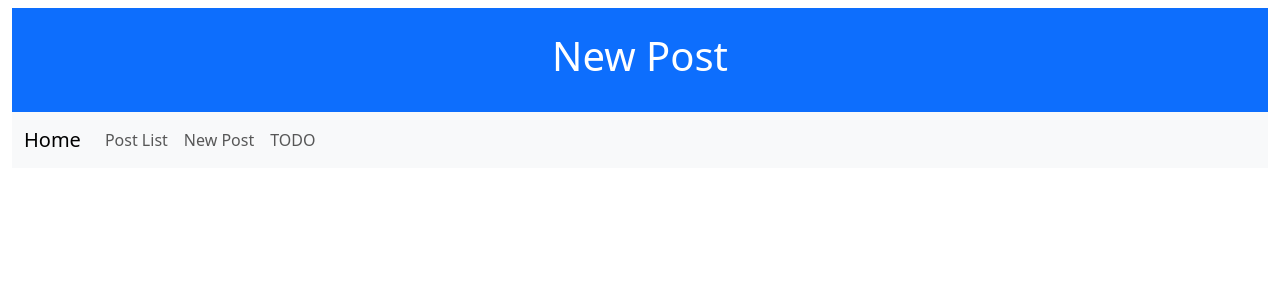
Repository: ldj0905/javaproject
Page: http://localhost/lab05_jsp/post/create
An editor plug-in stored every save of this project. The page is shown before and after the next save, followed by the edit.
The browser window is 1280 px wide. The pictures show the whole page.
The page is served by Tomcat 10. Other server files are loaded and not shown.

Above is the page before, as saved 2024-05-29 02:14:42.

### lab05_jsp/src/main/webapp/WEB-INF/views/post/create.jsp
<%@ page language="java" contentType="text/html; charset=UTF-8"
    pageEncoding="UTF-8" trimDirectiveWhitespaces="true"%>
<%@ taglib prefix="c" uri="jakarta.tags.core" %>
<!DOCTYPE html>
<html>
<head>
    <meta charset="UTF-8">
    <meta name="viewport" content="width=device-width, initial-scale=1">
    <title>Insert title here</title>
    <link href="https://cdn.jsdelivr.net/npm/bootstrap@5.3.3/dist/css/bootstrap.min.css"
     rel="stylesheet"
     integrity="sha384-QWTKZyjpPEjISv5WaRU9OFeRpok6YctnYmDr5pNlyT2bRjXh0JMhjY6hW+ALEwIH"
     crossorigin="anonymous">
</head>
<body>
    <div class = "container-fluid">
        <c:set var ="pageTitle" value = "New Post" scope = "page"/> <!-- 변수를 선언하겠다 ! -->
        <%@ include file = "../fragments/header.jspf" %> <!-- 헤더 jspf포함시키기 -->
    </div>

    <script src="https://cdn.jsdelivr.net/npm/bootstrap@5.3.3/dist/js/bootstrap.bundle.min.js"
    integrity="sha384-YvpcrYf0tY3lHB60NNkmXc5s9fDVZLESaAA55NDzOxhy9GkcIdslK1eN7N6jIeHz"
    crossorigin="anonymous"></script>
</body>
</html>

### lab05_jsp/src/main/webapp/WEB-INF/views/fragments/header.jspf
<%@ page language="java" contentType="text/html; charset=UTF-8"
    pageEncoding="UTF-8" trimDirectiveWhitespaces="true"%>
<%@ taglib prefix="c" uri="jakarta.tags.core" %>

<header class="mt-2 p-4 bg-primary text-white text-center">
    <h1>${pageTitle}</h1>
</header>

<nav class="navbar navbar-expand-lg bg-body-tertiary">
    <div class="container-fluid">
        <c:url var="homePage" value="/" />
        <a class="navbar-brand" href="${homePage}">Home</a>
        <button class="navbar-toggler" type="button"
            data-bs-toggle="collapse" data-bs-target="#navbarNav"
            aria-controls="navbarNav" aria-expanded="false"
            aria-label="Toggle navigation">
            <span class="navbar-toggler-icon"></span>
        </button>
        <div class="collapse navbar-collapse" id="navbarNav">
            <ul class="navbar-nav">
                <li class="nav-item">
                    <c:url var="postListPage" value="/post/list" />
                    <a class="nav-link" href="${postListPage}">Post List</a>
                </li>
                <li class="nav-item">
                    <c:url var="newPostPage" value="/post/create" />
                    <a class="nav-link" href="${newPostPage}">New Post</a>
                </li>
                <li class="nav-item">
                    <a class="nav-link" href="#">TODO</a>
                </li>
            </ul>
        </div>
    </div>
</nav>

### lab05_jsp/src/main/java/com/itwill/lab05/web/PostCreateController.java
package com.itwill.lab05.web;

import java.io.IOException;

import org.slf4j.Logger;
import org.slf4j.LoggerFactory;

import jakarta.servlet.ServletException;
import jakarta.servlet.annotation.WebServlet;
import jakarta.servlet.http.HttpServlet;
import jakarta.servlet.http.HttpServletRequest;
import jakarta.servlet.http.HttpServletResponse;
//HttpServlet 상속받기
@WebServlet(name = "PostCreateController",urlPatterns = {"/post/create"}) // <<< 얘 왜하는건지 생각좀 해보기
public class PostCreateController extends HttpServlet{
	private static final long serialVersionUID = 1L;

	private static final Logger log = LoggerFactory.getLogger(PostCreateController.class); // 얘는 왜 쓰는거고 클래스이름은 왜넣는지


	//링크를 클릭해서 들어오는거는 GET방식임
	@Override
	protected void doGet(HttpServletRequest req, HttpServletResponse resp) throws ServletException, IOException {
		log.debug("doGet()");
		//TODO 새 글을 작성할 수있는 폼(양식)을 작성하는 뷰(JSP)로 이동 시켜주는 역할.
		//JSP로 이동시키는이유 -> 귀찮아서
		req.getRequestDispatcher("/WEB-INF/views/post/create.jsp").forward(req, resp); //주소 왜 WEB-INF 부터 ?
	}



}

After the next save:
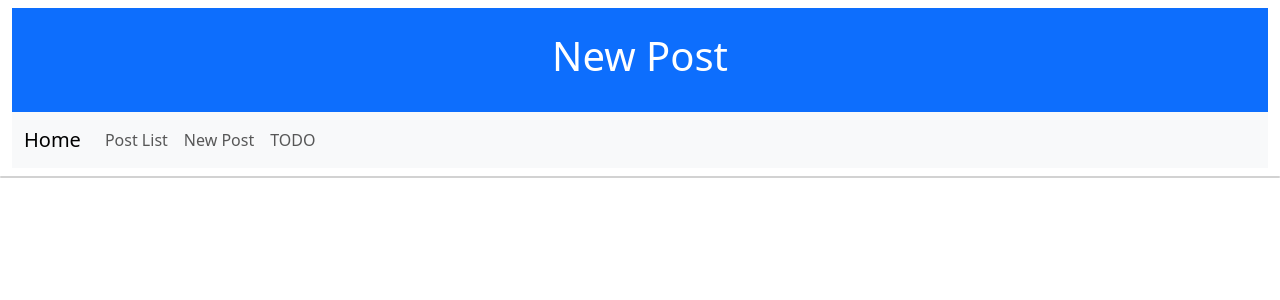
Saved 22 min 22 s later.
--- a/lab05_jsp/src/main/webapp/WEB-INF/views/post/create.jsp
+++ b/lab05_jsp/src/main/webapp/WEB-INF/views/post/create.jsp
@@ -17,7 +17,11 @@
         <c:set var ="pageTitle" value = "New Post" scope = "page"/> <!-- 변수를 선언하겠다 ! -->
         <%@ include file = "../fragments/header.jspf" %> <!-- 헤더 jspf포함시키기 -->
     </div>
+    <main>
+        <div class = "mt-2 card">
 
+        </div>
+    </main>
     <script src="https://cdn.jsdelivr.net/npm/bootstrap@5.3.3/dist/js/bootstrap.bundle.min.js"
     integrity="sha384-YvpcrYf0tY3lHB60NNkmXc5s9fDVZLESaAA55NDzOxhy9GkcIdslK1eN7N6jIeHz"
     crossorigin="anonymous"></script>
